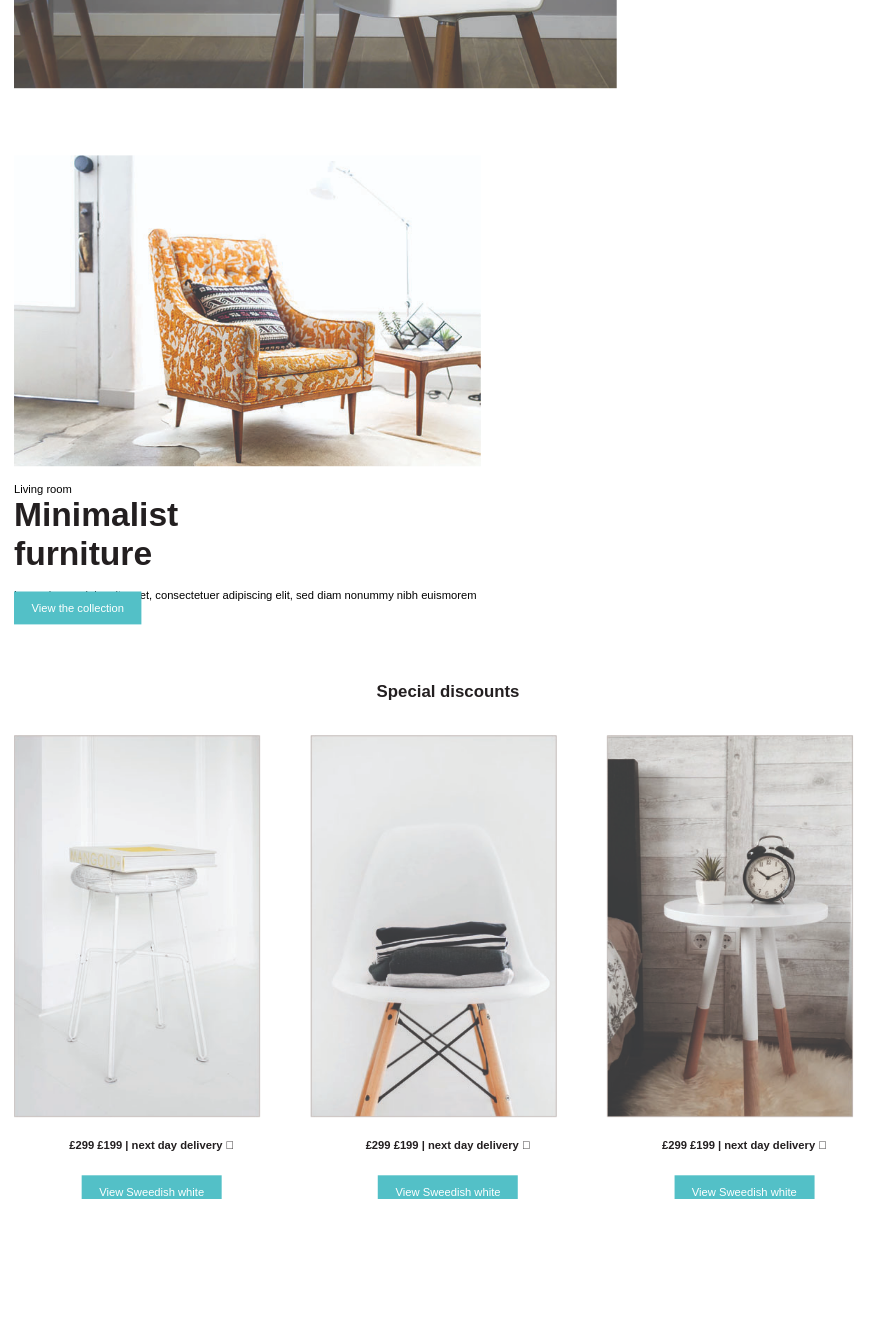
Repository: dinhhaidh/republic-web
Page: index.html
An editor plug-in stored every save of this project. The page is shown before and after the next save, followed by the edit.
The browser window is 1280 px wide. The pictures show the part of the page from y = 1060 to 2980 px (the page is 2980 px tall before and 2880 px after), at 70% of full size.
Some web fonts or font styles are not loaded; a fallback is used. Some web libraries are served in a nearby version.

Above is the page before, as saved 2024-01-24 18:13:25.

### index.html
<!DOCTYPE html>
<html lang="en">
<head>
    <meta charset="UTF-8">
    <meta name="viewport" content="width=device-width, initial-scale=1.0">

    <!--=============== FAVICON ===============-->
    <link rel="shortcut icon" href="assets/img/favicon.png" type="image/x-icon">

    <!--=============== REMIXICONS ===============-->
    <link rel="stylesheet" href="https://cdn.jsdelivr.net/npm/remixicon@4.1.0/fonts/remixicon.min.css">

    <link
    rel="stylesheet"
    href="https://cdn.jsdelivr.net/npm/swiper@11/swiper-bundle.min.css"
  />

    <!--=============== CSS ===============-->
    <link rel="stylesheet" href="style.css">

    <title>Responsive </title>
</head>
<body>
    <!--==================== HEADER ====================-->
    <header class="header" id="header">
        <nav class="nav container">
            <a href="#" class="nav__logo">
                <img src="./img/logo.jpg" alt="image" class="nav__img">
            </a>
            <div class="nav__menu" id="nav-menu">
                <ul class="nav__list">
                    <li class="nav__item">
                        <a href="#home" class="nav__link">Home</a>
                    </li>
                    <li class="nav__item">
                        <a href="#bedroom" class="nav__link">Bedroom</a>
                    </li>
                    <li class="nav__item">
                        <a href="#lounge" class="nav__link">Lounge</a>
                    </li>
                    <li class="nav__item">
                        <a href="#kitchen" class="nav__link">Kitchen</a>
                    </li>
                    <li class="nav__item">
                        <a href="#lighting" class="nav__link">Lighting</a>
                    </li>
                </ul>
                <div class="nav__close" id="nav-close">
                    <i class="ri-close-line"></i>
                </div>
            </div>

            <form action="" class="nav__button">
                <div class="button">
                    <input type="text" placeholder="Find something..." class="form-control">
                    <i class="ri-search-line button__search"></i>
                </div>
                <div class="shopping">
                    <i class="ri-shopping-cart-line "></i>
                    <span class="shopping__quantity">0</span>
                </div>
            </form>
            <!-- toggle -->
            <div class="nav__toggle" id="nav-toggle">
                <i class="ri-menu-line"></i>
            </div>
        </nav>
    </header>

    <!--==================== MAIN ====================-->
    <main class="main">
        <!--==================== Home  ====================-->
        <section class="home section" id="home">
            <div class="home__container container">
                <div class="home__contennt">
                    <h1 class="home__title">Premium <br> collection</h1>
                    <p class="home__desc">
                        Lorem ipsum dolor sit amet, consectetuer adipiscing elit, sed diam nonummy nibh euismorem ipsum dolor sit amet, consectetuer adipiscing elit
                    </p>
                    <h4>£2,300</h4>
                    <a href="#" class="button__link">View the collection</a>
                </div>
                <div class="home__images">
                    <img src="./img/hom1.jpg" alt="" class="home__image">
                    <div class="home__span">
                        <span><a href="">Lorem ipsum dolor sit amet</a>    £2,300</span>
                        <span><a href="#"> Consectetuer adsed diam</a>    £2,300</span>
                    </div>
                </div>
            </div>
        </section>

        <!--==================== Bedroom ====================-->
        <section class="bedroom section" id="bedroom">
            <div class="bedroom__container container grid">
                <div class="bedroom__images">
                    <img src="./img/funitire1.jpg" alt="" class="bedroom__image">
                </div>
                <div class="bedroom__contennt">
                    <span>Living room</span>
                    <div class="bedroom-brick"></div>
                    <h2 class="home__title">Minimalist <br>
                        furniture</h2>
                    <p class="bedroom__desc">
                        Lorem ipsum dolor sit amet, consectetuer adipiscing elit, sed diam nonummy nibh euismorem
                    </p>
                    <a href="#" class="button__link">View the collection</a>
                </div>

            </div>
        </section>

        <!--==================== Lounge  ====================-->
        <section class="lounge  section" id="lounge ">
            <h2 class="lounge-title">Special discounts</h2>
            <div class="lounge__container container swiper">
                <div class="swiper-wrapper">
                    <article class=" lounge__card swiper-slide">
                        <img src="./img/special1.jpg" alt="" class="lounge__img">
                        <h4><span>£299</span> £199  |  next day delivery  </h4>
                        <a href="#" class="button__link lounge__button">View Sweedish white</a>
                    </article>
                    <article class=" lounge__card swiper-slide">
                        <img src="./img/special2.jpg" alt="" class="lounge__img">
                        <h4><span>£299</span> £199  |  next day delivery  </h4>
                        <a href="#" class="button__link lounge__button">View Sweedish white</a>
                    </article>
                    <article class=" lounge__card swiper-slide">
                        <img src="./img/special3.jpg" alt="" class="lounge__img">
                        <h4><span>£299</span> £199  |  next day delivery  </h4>
                        <a href="#" class="button__link lounge__button">View Sweedish white</a>
                    </article>
                    <article class=" lounge__card swiper-slide">
                        <img src="./img/special4.jpg" alt="" class="lounge__img">
                        <h4><span>£299</span> £199  |  next day delivery  </h4>
                        <a href="#" class="button__link lounge__button">View Sweedish white</a>
                    </article>
                </div>
            </div>
        </section>

        <!--==================== Kitchen ====================-->
        <section class="kitchen  section" id="kitchen">

        </section>

        <!--==================== Lighting ====================-->
        <section class="lighting  section" id="lighting">

        </section>
    </main>

    <!--==================== FOOTER ====================-->
    <footer class="footer">

    </footer>

    <!--========== SCROLL UP ==========-->

    <script src="https://cdn.jsdelivr.net/npm/swiper@11/swiper-bundle.min.js"></script>


    <!--=============== SCROLLREVEAL ===============-->
    <script src=""></script>

    <!--=============== JQuery ===============-->
    <script src="https://code.jquery.com/jquery-3.7.1.slim.min.js" integrity="sha256-kmHvs0B+OpCW5GVHUNjv9rOmY0IvSIRcf7zGUDTDQM8=" crossorigin="anonymous"></script>

    <!--=============== MAIN JS ===============-->
    <script src="/js/main.js"></script>
</body>
</html>

### style.css
/*=============== GOOGLE FONTS ===============*/
@import url("https://fonts.cdnfonts.com/css/source-sans-pro");

/*=============== VARIABLES CSS ===============*/
:root {
  --header-height: 3.5rem;

  /*========== Colors ==========*/
  /*Color mode HSL(hue, saturation, lightness)*/
  --first-color: hsl(28, 88%, 62%);
  --first-color-alt: hsl(28, 84%, 58%);
  --title-color: hsl(0, 0%, 95%);
  --text-color: hsl(0, 0%, 75%);
  --text-color-light: hsl(0, 0%, 65%);
  --black-color: #231f20;
  --body-color: hsl(0, 0%, 6%);
  --container-color: hsl(0, 0%, 10%);

  /*========== Font and typography ==========*/
  /*.5rem = 8px | 1rem = 16px ...*/
  --body-font: "Montserrat", sans-serif;
  --second-font: "Dancing Script", cursive;
  --biggest-font-size: 2.5rem;
  --bigger-font-size: 2rem;
  --h1-font-size: 1.5rem;
  --h2-font-size: 1.25rem;
  --h3-font-size: 1rem;
  --normal-font-size: .938rem;
  --small-font-size: .813rem;

  /*========== Font weight ==========*/
  --font-regular: 400;
  --font-semi-bold: 600;
  --font-bold: 700;

  /*========== z index ==========*/
  --z-tooltip: 10;
  --z-fixed: 100;
}

/*========== Responsive typography ==========*/
@media screen and (min-width: 1150px) {
  :root {
    --biggest-font-size: 4.375rem;
    --bigger-font-size: 3rem;
    --h1-font-size: 2.25rem;
    --h2-font-size: 1.5rem;
    --h3-font-size: 1.25rem;
    --normal-font-size: 1rem;
    --small-font-size: .875rem;
  }
}

/*=============== BASE ===============*/
* {
  box-sizing: border-box;
  padding: 0;
  margin: 0;
}

html {
  scroll-behavior: smooth;
}

body,
button {
  font-family: var(--body-font);
  font-size: var(--normal-font-size);
}

body {
  /* color: var(--text-color); */
}

button {
  border: none;
  outline: none;
}

h1, h2, h3, h4 {
  color: var(--black-color);
  font-weight: var(--font-bold);
}

ul {
  list-style: none;
}

a {
  text-decoration: none;
}

img {
  display: block;
  max-width: 100%;
  height: auto;
}

/*=============== REUSABLE CSS CLASSES ===============*/
.container {
  max-width: 1240px;
  margin-inline: 1.5rem;
}

.grid {
  display: grid;
  gap: 1.5rem;
}

.section {
  padding-block: 5rem 1rem;
}

.section__title {
  font-size: var(--bigger-font-size);
  font-family: var(--second-font);
  margin-bottom: 1.5rem;
  text-align: center;
}

.main {
  overflow: hidden; /* For animation ScrollReveal */
}

/*=============== HEADER & NAV ===============*/
.header{
  position: fixed;
  width: 100%;
  top: 0;
  left: 0;
  background-color: transparent;
  z-index: var(--z-fixed);
  transition: .4s;
}
.nav{
  position: relative;
  height: var(--header-height);
  display: flex;
  align-items: center;
  justify-content: space-between;
}
.nav__img{
  width: 100px;
  transition: .4s;
}
.nav__toggle,
.nav__close{
  cursor: pointer;
  font-size: 1.5rem;
  color: black;
}
.form-control{
  padding: 13px 40px 13px 20px;
  border-radius: 25px
}
.nav__button{
  display:flex;
  align-items: center;
  justify-content: center;
  column-gap: 1.625rem;
}
.nav__link{
  color: var(--black-color);
  font-weight: var(--font-regular);
  font-family: 'Source Sans Pro', sans-serif;
}
.button{
  display: flex;
  position: relative;
}
.button input::placeholder{
  color: var(--black-color);
}
.button__search{
  position: absolute;
  top: 0.9rem;
  right: 1rem;
}
.shopping i{
  font-size: 1.25rem;
  position: relative;
}
.shopping__quantity{
  background-color: red;
    padding: 1px 3px;
    color: #fff;
    position: absolute;
    top: 1.8rem;
    right: 0.05rem;
    border-radius: 50%;
    font-size: .7rem;
}



/* Navigation for mobile devices */
@media screen and (max-width: 1023.98px) {
  .nav__menu {
    position: fixed;
    top: 0;
    right: -100%;
    background-color: #fff;
    backdrop-filter: blur(16px);
    -webkit-backdrop-filter: blur(16px);
    width: 80%;
    height: 100%;
    padding: 6rem 3rem 0px;
    transition: right .4s;
  }
  .nav__list{
    display: flex;
    flex-direction: column;
    row-gap: 2.5rem;
  }
  .nav__link{
    color: var(--black-color);
    font-weight: var(--font-semi-bold);
    transition: color .4s;
  }
  /* .nav__link:hover{

  } */
  .nav__close{
    position: absolute;
    top: 1rem;
    right: 1.5rem;
  }
  .nav__button{
    display: none;
  }
}


/* Show menu */
.show-menu{
  right: 0;
}

/* Add blur header */
.scroll-header {
  background-color: #fff;
  box-shadow: 0 1px 4px hsla(220, 4%, 15%, .1);
}

/* Active link */


/*=============== Home ===============*/
.home{
  padding-top: 5rem;
}
.home__container{
  display: flex;
  flex-direction: column;
  row-gap: 3rem;
}
.home__title{
  font-size: var(--bigger-font-size);
  margin-bottom: 1.5rem;
}
.home__desc{
  font-weight: var(--font-regular);
  color: var(--black-color);
  line-height: 1.5;
  margin-bottom: var(--h2-font-size);
}
.home h4{
  font-size: var(--h1-font-size);
  margin-bottom: var(--bigger-font-size);
}
.button__link{
  background-color: #53c0c7;
  padding: 15px 25px;
  color: #fff;
  font-weight: 400;
}
.home__span span:nth-child(1){
  position: absolute;
  right: 1rem;
  top: 1rem;
  color: #fff;
}
.home__span span:nth-child(2){
  right: 1rem;
  position: absolute;
  top: 2rem;
  color: #fff;
}
.home__span span a{
  color: #fff;
}
.home__images{
  position: relative;
}
.home__image{

}

/*=============== BUTTON ===============*/


/*=============== Bedroom ===============*/


/*=============== Lounge  ===============*/
.lounge{

}


.lounge-title{
  display:flex;
  align-items: center;
  justify-content: center;
}
.lounge__container{
  margin-top: var(--bigger-font-size);
}

.lounge__swiper{

}

.swiper-wrapper{

}
.lounge__card{
  text-align: center;
}
.swiper-slide{

}

.lounge h4{
  margin-top: 2rem;
  margin-bottom: var(--bigger-font-size);
}
.button__link{

}
.lounge__button{

}

/*=============== Kitchen  ===============*/

/*=============== Lighting  ===============*/



/*=============== FOOTER ===============*/


/*=============== SCROLL BAR ===============*/


/*=============== SCROLL UP ===============*/


/* Show Scroll Up */


/*=============== BREAKPOINTS ===============*/
/* For small devices */
@media screen and (min-width: 1024px){
  .nav{
    height: calc(var(--header-height) + 2rem)
  }
  .nav__toggle,
  .nav__close{
    display: none;
  }
  .nav__list{
    display: flex;
    flex-wrap: nowrap;
    column-gap: 4rem;
  }
}
@media screen and (min-width: 1150px) {
  .container{
    margin-inline: auto;
  }


}

/* For medium devices */


/* For large devices */

### js/main.js
$(document).ready(function () {
  $("#nav-toggle").click(function () {
    $("#nav-menu").addClass("show-menu");
  });
  $("#nav-close").click(function () {
    $("#nav-menu").removeClass("show-menu");
  });
  $(window).scroll(function () {
    $("#header").toggleClass("scroll-header", $(this).scrollTop() >= 50);
  });
});
/*=============== SWIPER PRODUCTS ===============*/
// var swiperLounge = new Swiper(".lounge__container", {
//   // luot lien tuc
//     spaceBetween: 32,
//     grabCursor: true,
//     centeredSlides: true,
//     slidesPerView: "auto",
//     loop: true,
//     ////
//     navigator: {
//     nextEl: ".swiper-button-next",
//     prevEl: ".swiper-button-prev",
//     },

//   // lích thước resposive
//     breakpoints: {
//         1240: {
//         spaceBetween: 3,
//     },
//     },

//   //
// });

var swiper = new Swiper(".lounge__container", {
  // luot lien tuc
    spaceBetween: 32,
    grabCursor: true,
    centeredSlides: true,
    slidesPerView: "auto",
    loop: true,

  slidesPerView: 3,
  spaceBetween: 30,
  freeMode: true,
  pagination: {
    el: ".swiper-pagination",
    clickable: true,
  },
});

After the next save:
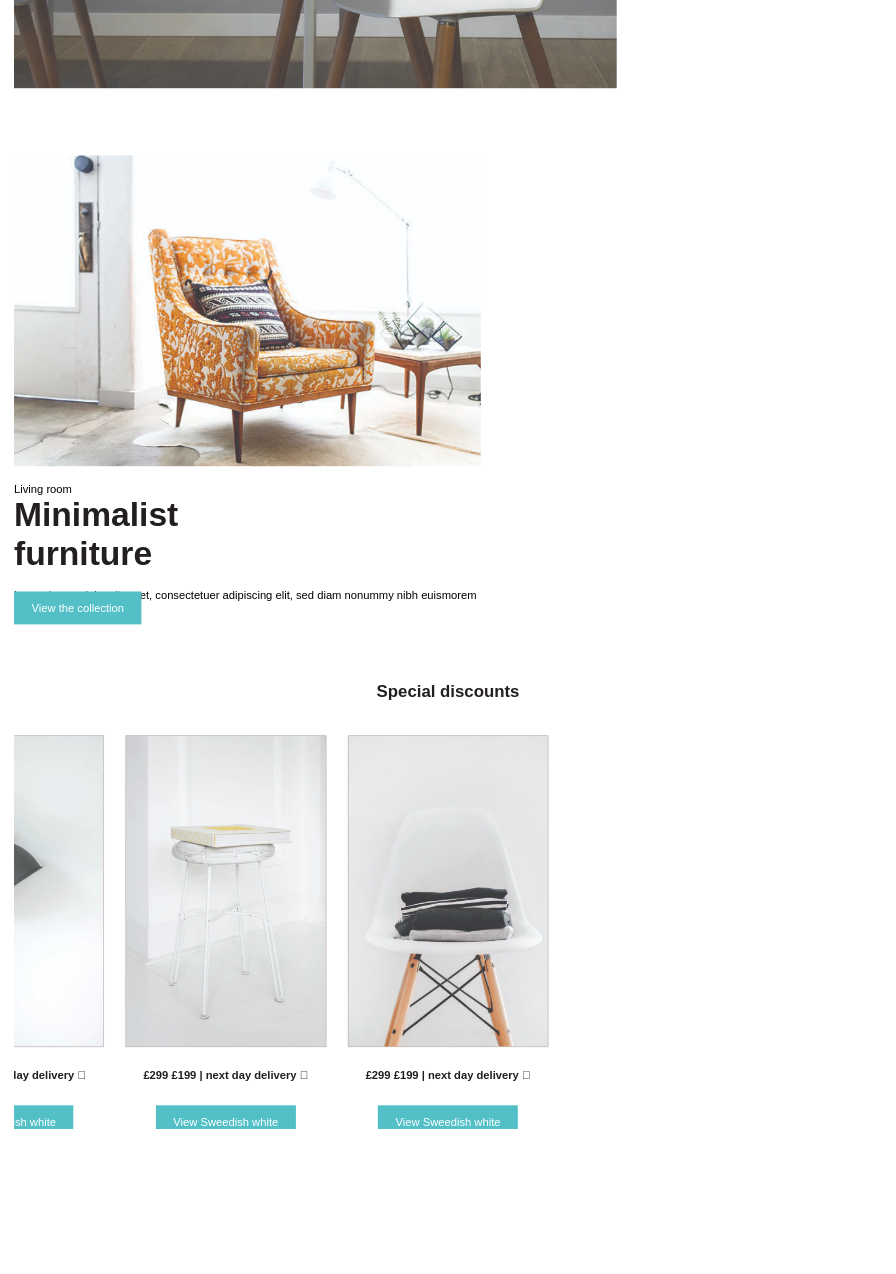
Saved 43 s later.
--- a/js/main.js
+++ b/js/main.js
@@ -41,7 +41,7 @@
     slidesPerView: "auto",
     loop: true,
 
-  slidesPerView: 3,
+  slidesPerView: 4,
   spaceBetween: 30,
   freeMode: true,
   pagination: {

After the save that followed:
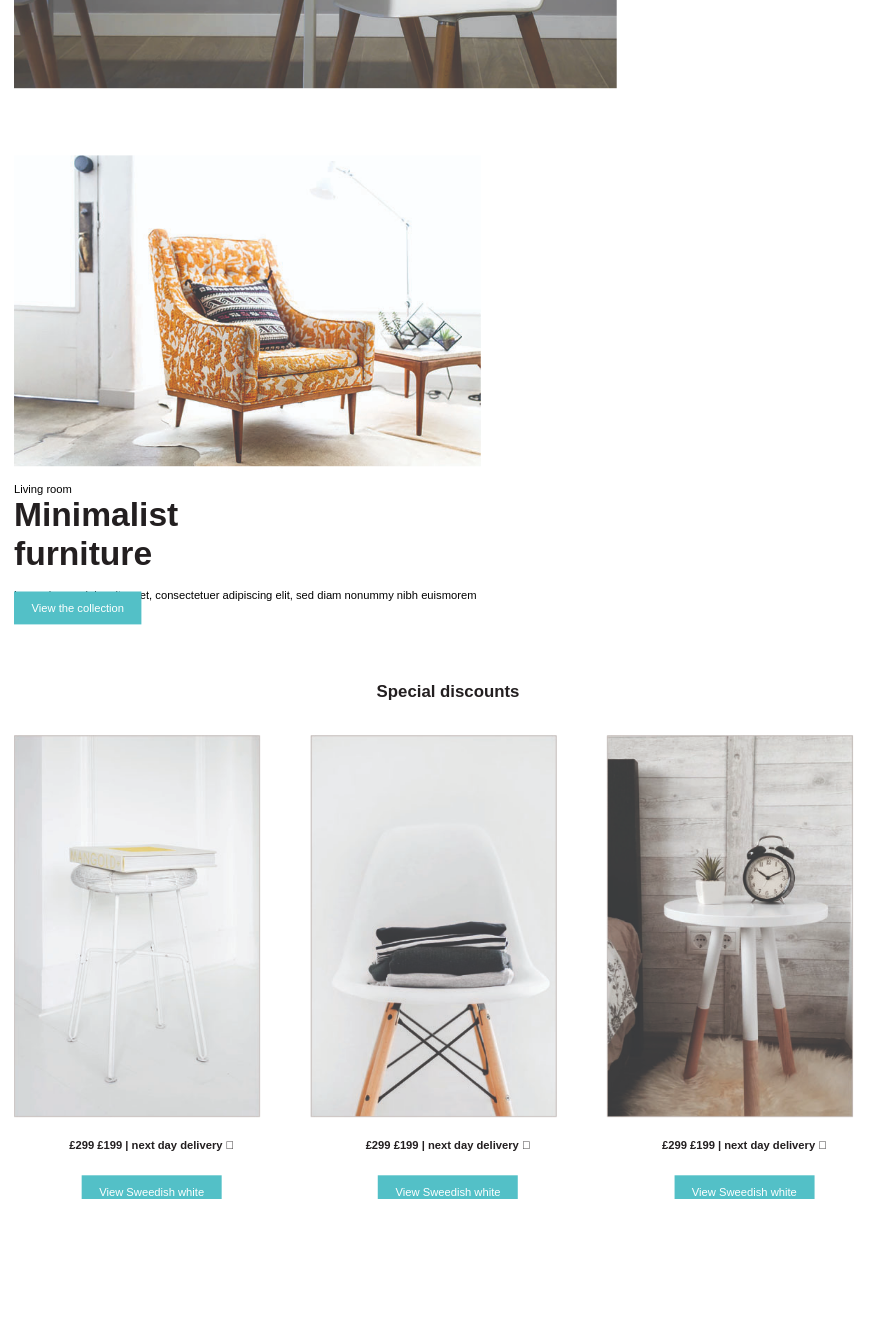
Saved 32 s later.
--- a/js/main.js
+++ b/js/main.js
@@ -41,7 +41,7 @@
     slidesPerView: "auto",
     loop: true,
 
-  slidesPerView: 4,
+  slidesPerView: 3,
   spaceBetween: 30,
   freeMode: true,
   pagination: {
